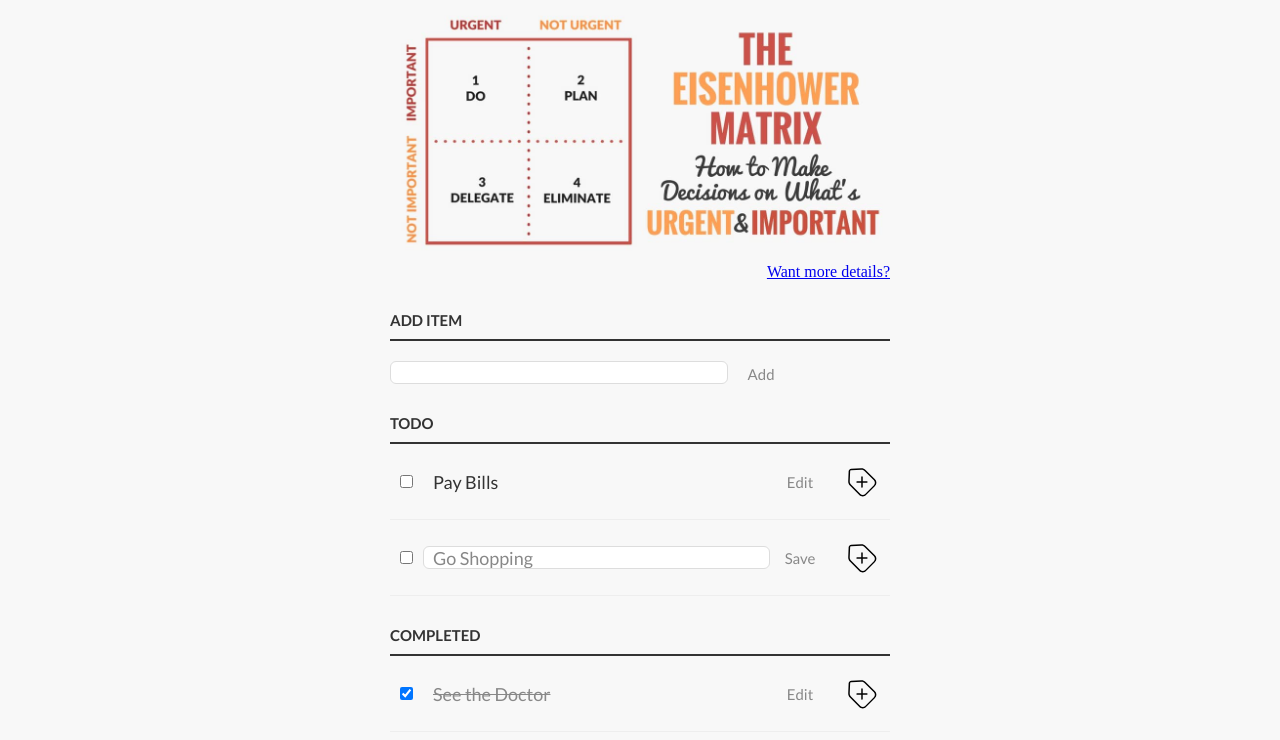
Repository: dev1siWoo/clean-code-s1e1
Page: index.html
These files come from the project's save history. The page is drawn as it stood at one moment and after the next save; the edit follows.
The browser window is 1280 px wide. The pictures show the whole page.

Above is the page before, as saved 2024-01-08 23:02:22.

### index.html
<!DOCTYPE html>
<html>
    <head>
        <title>Todo App</title>
        <link
            href="https://fonts.googleapis.com/css?family=Lato:300,400,700"
            rel="stylesheet"
        >
        <link
            rel="stylesheet"
            href="style.css"
            media="screen"
            charset="utf-8"
        >
    </head>
    <body class="page">
        <header class="header">
            <img class="header-img" src="./eisenhower-matrix.jpg" alt="eisenhower-matrix">
            <a class="link" href="https://goal-life.com/page/method/matrix-eisenhower">Want more details?</a>
        </header>
        <main class="main">
            <section id="adding-section">
                <label class="label" for="new-task">Add Item</label>
                <div class="add-wrapper">
                    <input id="new-task" class="input task" type="text">
                    <button class="button">Add</button>
                </div>
            </section>
            <h2 class="subtitle">Todo</h2>
            <ul id="incomplete-tasks" class="list">
                <li class="list-item">
                    <input class="input" type="checkbox">
                    <label class="label task">Pay Bills</label>
                    <input type="text" class="input task">
                    <button class="button edit">Edit</button>
                    <button class="button delete">
                        <img class="delete-img" src="./remove.svg" alt="delete button">
                    </button>
                </li>
                <li class="list-item edit-mode">
                    <input class="input" type="checkbox">
                    <label class="label task">Go Shopping</label>
                    <input type="text" value="Go Shopping" class="input task">
                    <button class="button edit">Save</button>
                    <button class="button delete">
                        <img class="delete-img" src="./remove.svg" alt="delete button">
                    </button>
                </li>
            </ul>
            <h2 class="subtitle">Completed</h2>
            <ul id="completed-tasks" class="list">
                <li class="list-item">
                    <input class="input" type="checkbox" checked>
                    <label class="label task">See the Doctor</label>
                    <input type="text" class="input task">
                    <button class="button edit">Edit</button>
                    <button class="button delete">
                        <img class="delete-img" src="./remove.svg" alt="delete button">
                    </button>
                </li>
            </ul>
        </main>
        <script src="app.js"></script>
    </body>
</html>

### style.css
/* Basic Style */
.page {
  background-color: #f8f8f8;
  color: #333;
  font-family: Lato, sans-serif;
}

.header {
  width: 500px;
  margin: 0 auto;
  display: block;
  text-align: right;
}

.header-img {
  width: 100%;
}

.header .link {
  font-family: fantasy, cursive;
}

@media (max-width: 768px) {
  .header {
    text-align: center;
  }
}

.main {
  display: block;
  width: 500px;
  margin: 0 auto 0;
}

.task {
  width: 56%;
  display: inline-block;
  flex-grow: 1;
}

.adding-wrapper {
  display: flex;
}

.list {
  margin: 0;
  padding: 0px;
}

.list-item,
.subtitle {
  list-style: none;
}

.input,
.button{
  outline: none;
}

.button {
  background: none;
  border: 0px;
  color: #888;
  font-size: 15px;
  width: 60px;
  font-family: Lato, sans-serif;
  cursor: pointer;
}

.button:hover {
  color: #3a3a3a;
}

/* Heading */
.subtitle,
.label[for="new-task"] {
  color: #333;
  font-weight: 700;
  font-size: 15px;
  border-bottom: 2px solid #333;
  padding: 30px 0 10px;
  margin: 0;
  text-transform: uppercase;
}

.input[type="text"] {
  margin: 0;
  font-size: 18px;
  line-height: 18px;
  height: 21px;
  padding: 0 9px;
  border: 1px solid #ddd;
  background: #fff;
  border-radius: 6px;
  font-family: Lato, sans-serif;
  color: #888;
}

.input[type="text"]:focus {
  color: #333;
}

/* New Task */
.label[for="new-task"] {
  display: block;
  margin: 0 0 20px;
}

#new-task {
  width: 318px;
}

/* Task list */
.list-item {
  overflow: hidden;
  padding: 20px 0;
  border-bottom: 1px solid #eee;
  display: flex;
  justify-content: space-between;
  align-items: center;
}

.list-item > * {
  vertical-align: middle;
}

.list-item > .input[type="checkbox"] {
  margin: 0 10px;
}

.list-item > .label {
  padding-left: 10px;
  box-sizing: border-box;
  font-size: 18px;
  width: 226px;
}

.list-item >    .input[type="text"] {
  width: 226px;
}

.delete-img {
  height: 2em;
  transform: rotateZ(45deg);
  transition: transform 200ms ease-in;
}

.delete-img:hover {
  transform: rotateZ(0);
}

/* Completed */
#completed-tasks .label {
  text-decoration: line-through;
  color: #888;
}

/* Edit Task */
.list-item input[type="text"] {
  display: none;
}

ul li.edit-mode input[type="text"] {
  display: inline-block;
  width: 224px;
}

ul li.edit-mode label {
  display: none;
}

### app.js
//Document is the DOM can be accessed in the console with document.window.
// Tree is from the top, html, body, p etc.

//Problem: User interaction does not provide the correct results.
//Solution: Add interactivity so the user can manage daily tasks.
//Break things down into smaller steps and take each step at a time.


// Event handling, user interaction is what starts the code execution.

var taskInput=document.getElementById("new-task");//Add a new task.
var addButton=document.getElementsByTagName("button")[0];//first button
var incompleteTaskHolder=document.getElementById("incomplete-tasks");//ul of #incomplete-tasks
var completedTasksHolder=document.getElementById("completed-tasks");//completed-tasks


//New task list item
var createNewTaskElement=function(taskString){

    var listItem=document.createElement("li");

    //input (checkbox)
    var checkBox=document.createElement("input");//checkbx
    //label
    var label=document.createElement("label");//label
    //input (text)
    var editInput=document.createElement("input");//text
    //button.edit
    var editButton=document.createElement("button");//edit button

    //button.delete
    var deleteButton=document.createElement("button");//delete button
    var deleteButtonImg=document.createElement("img");//delete button image

    listItem.className="list-item"

    label.innerText=taskString;
    label.className="label task";

    //Each elements, needs appending
    checkBox.type="checkbox";
    checkBox.className="input";
    editInput.type="text";
    editInput.className="input task";

    editButton.innerText="Edit"; //innerText encodes special characters, HTML does not.
    editButton.className="button edit";

    deleteButton.className="button delete";
    deleteButtonImg.src='./remove.svg';
    deleteButtonImg.className="delete-img";
    deleteButtonImg.setAttribute('alt', 'delete button');
    deleteButton.appendChild(deleteButtonImg);


    //and appending.
    listItem.appendChild(checkBox);
    listItem.appendChild(label);
    listItem.appendChild(editInput);
    listItem.appendChild(editButton);
    listItem.appendChild(deleteButton);
    return listItem;
}



var addTask=function(){
    console.log("Add Task...");
    //Create a new list item with the text from the #new-task:
    if (!taskInput.value) return;
    var listItem=createNewTaskElement(taskInput.value);

    //Append listItem to incompleteTaskHolder
    incompleteTaskHolder.appendChild(listItem);
    bindTaskEvents(listItem, taskCompleted);

    taskInput.value="";

}

//Edit an existing task.

var editTask=function(){
    console.log("Edit Task...");
    console.log("Change 'edit' to 'save'");


    var listItem=this.parentNode;

    var editInput=listItem.querySelector('input[type=text]');
    var label=listItem.querySelector("label");
    var editBtn=listItem.querySelector(".edit");
    var containsClass=listItem.classList.contains("edit-mode");
    //If class of the parent is .edit-mode
    if(containsClass){

        //switch to .edit-mode
        //label becomes the inputs value.
        label.innerText=editInput.value;
        editBtn.innerText="Edit";
    }else{
        editInput.value=label.innerText;
        editBtn.innerText="Save";
    }

    //toggle .edit-mode on the parent.
    listItem.classList.toggle("edit-mode");
};


//Delete task.
var deleteTask=function(){
    console.log("Delete Task...");

    var listItem=this.parentNode;
    var ul=listItem.parentNode;
    //Remove the parent list item from the ul.
    ul.removeChild(listItem);

}


//Mark task completed
var taskCompleted=function(){
    console.log("Complete Task...");

    //Append the task list item to the #completed-tasks
    var listItem=this.parentNode;
    completedTasksHolder.appendChild(listItem);
    bindTaskEvents(listItem, taskIncomplete);

}


var taskIncomplete=function(){
    console.log("Incomplete Task...");
//Mark task as incomplete.
    //When the checkbox is unchecked
    //Append the task list item to the #incomplete-tasks.
    var listItem=this.parentNode;
    incompleteTaskHolder.appendChild(listItem);
    bindTaskEvents(listItem,taskCompleted);
}



var ajaxRequest=function(){
    console.log("AJAX Request");
}

//The glue to hold it all together.


//Set the click handler to the addTask function.
addButton.onclick=addTask;
addButton.addEventListener("click",addTask);
addButton.addEventListener("click",ajaxRequest);


var bindTaskEvents=function(taskListItem,checkBoxEventHandler){
    console.log("bind list item events");
//select ListItems children
    var checkBox=taskListItem.querySelector("input[type=checkbox]");
    var editButton=taskListItem.querySelector("button.edit");
    var deleteButton=taskListItem.querySelector("button.delete");


    //Bind editTask to edit button.
    editButton.onclick=editTask;
    //Bind deleteTask to delete button.
    deleteButton.onclick=deleteTask;
    //Bind taskCompleted to checkBoxEventHandler.
    checkBox.onchange=checkBoxEventHandler;
}

//cycle over incompleteTaskHolder ul list items
//for each list item
for (var i=0; i<incompleteTaskHolder.children.length;i++){

    //bind events to list items chldren(tasksCompleted)
    bindTaskEvents(incompleteTaskHolder.children[i],taskCompleted);
}




//cycle over completedTasksHolder ul list items
for (var i=0; i<completedTasksHolder.children.length;i++){
    //bind events to list items chldren(tasksIncompleted)
    bindTaskEvents(completedTasksHolder.children[i],taskIncomplete);
}




// Issues with usability don't get seen until they are in front of a human tester.

//prevent creation of empty tasks.

//Change edit to save when you are in edit mode.

After the next save:
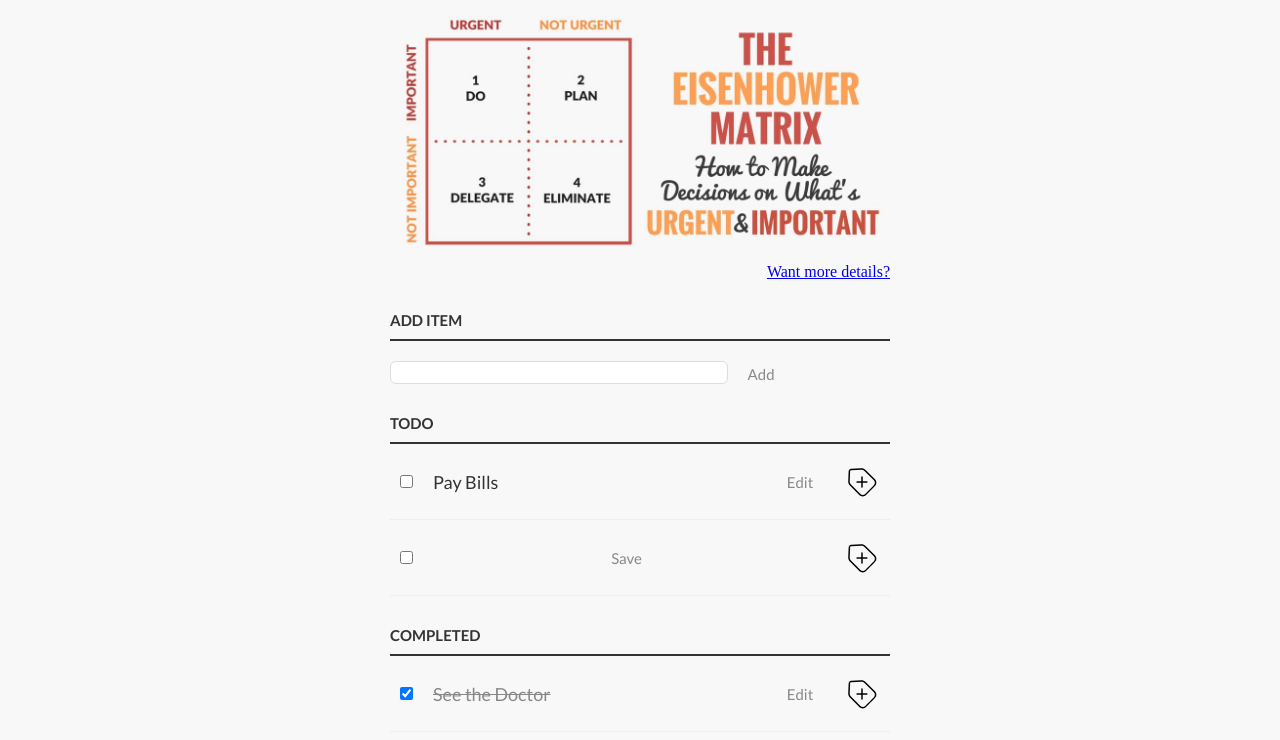
Saved 7 s later.
--- a/style.css
+++ b/style.css
@@ -156,7 +156,7 @@
 }
 
 /* Edit Task */
-.list-item input[type="text"] {
+.list-item .input[type="text"] {
   display: none;
 }
 

After the 2 saves that followed:
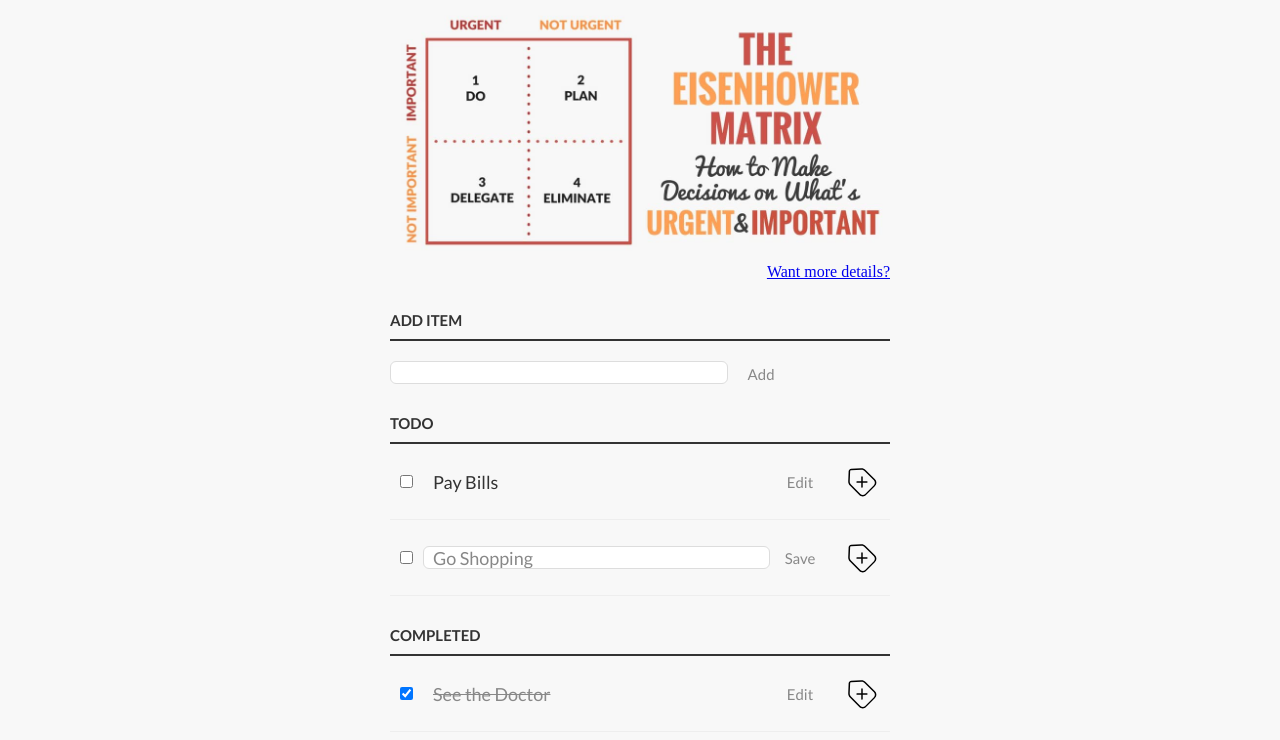
The 2 saves are shown as one change because they came seconds apart.
The last was saved 11 s later.
--- a/style.css
+++ b/style.css
@@ -160,7 +160,7 @@
   display: none;
 }
 
-ul li.edit-mode input[type="text"] {
+.list-item.edit-mode input[type="text"] {
   display: inline-block;
   width: 224px;
 }
